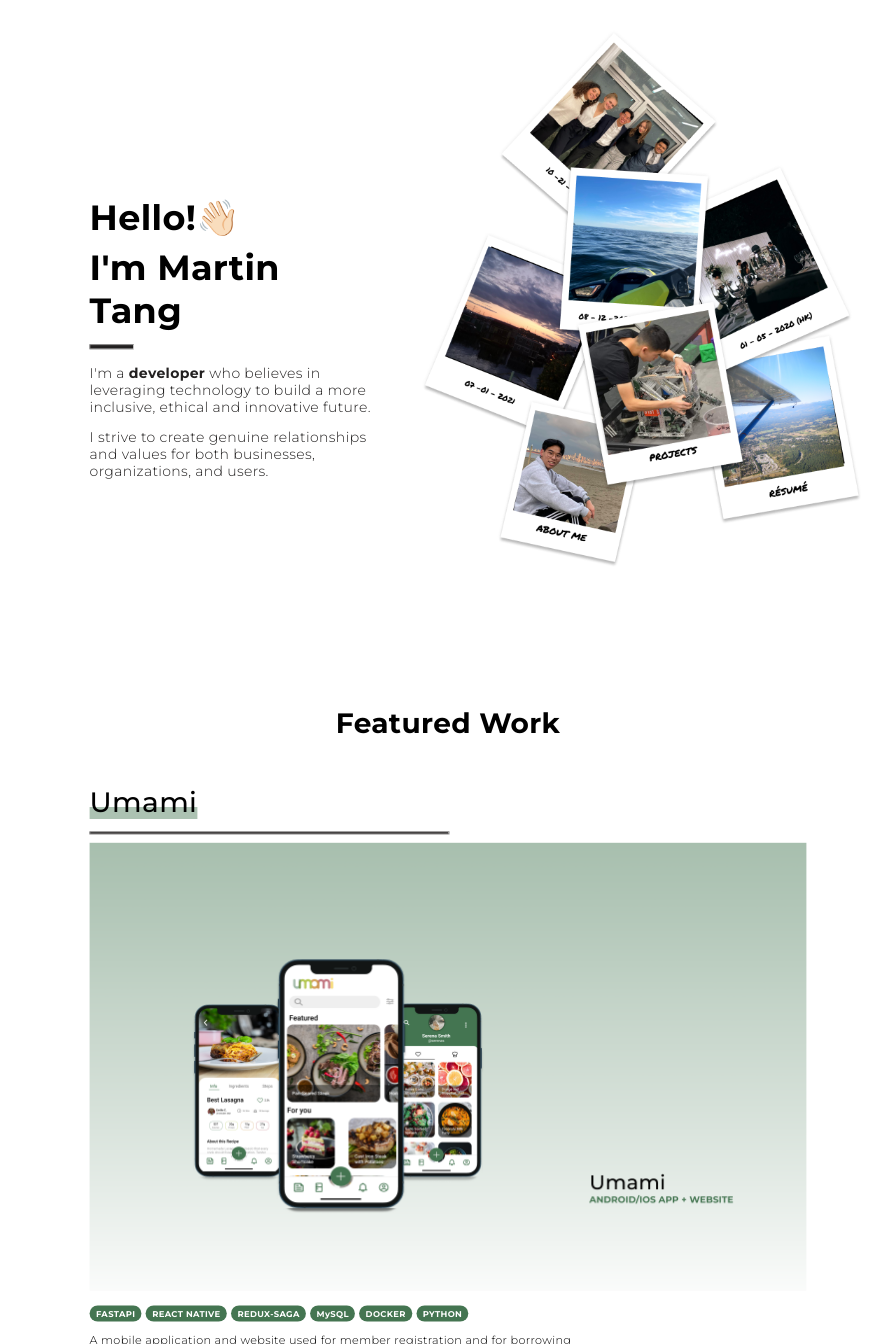
Repository: TangMartin/martintang
Page: index.html
These files come from the project's save history. The page is drawn as it stood at one moment and after the next save; the edit follows.
The browser window is 1280 px wide. The pictures show the part of the page from y = 0 to 1920 px (the page is 2933 px tall), at 70% of full size.

Above is the page before, as saved 2021-11-24 21:48:44.

### index.html
<!DOCTYPE html>

<html>
    <head>
        <link href="./styles/style.css" rel="stylesheet">
        <link rel="preconnect" href="https://fonts.googleapis.com">
        <link rel="preconnect" href="https://fonts.gstatic.com" crossorigin>
        <link href="https://fonts.googleapis.com/css2?family=Montserrat:wght@300;500;700&display=swap" rel="stylesheet">
        <title> Martin Tang</title>
    </head>

    <body>
        <!-- Nav Bar-->
        <!-- Main Page-->
        <div class="flex-main">
            <!-- Left Box-->
            <div class="flex-left">
                <h1>Hello! <span class="wave">👋🏻</span> </h1>
                <h1>I'm Martin Tang</h1>
                <hr style="height:5px; width:15%; margin-left:0; background-color:#222020; display: inline-block">
                <h3>I'm a <strong>developer</strong> who believes in leveraging technology to build a more inclusive, ethical and innovative future. </h3>
                <h3>I strive to create genuine relationships and values for both businesses, organizations, and users.</h3>
            </div>
            <!-- Right Box-->
            <div class="flex-right">
                <div class="image-stack">
                    <a style="grid-column: 8; grid-row: 10; cursor: pointer; --turn-radius: 12deg; cursor: pointer;" href="./Martin_Tang_Resume.pdf" target="_blank" download>
                        <img src="./assets/polaroids/Resume.png"/>
                    </a>
                    <img style="grid-column: 3; grid-row: 1; --turn-radius: -12deg;" src="./assets/polaroids/Apsc100.png" />
                    <img style="grid-column: 1; grid-row: 7; --turn-radius: -12deg;" src="./assets/polaroids/Sunset.png" />
                    <img style="grid-column: 7; grid-row: 5; --turn-radius: 15deg;" src="./assets/polaroids/Hongkongpng.png" />
                    <a style="grid-column: 3; grid-row: 12; --turn-radius: -12deg; cursor: pointer;" href="./pages/aboutme.html">
                        <img src="./assets/polaroids/Aboutme.png" />
                    </a>
                    <img style="grid-column: 4; grid-row: 5; --turn-radius: -4deg;"src="./assets/polaroids/Jetski.png" />
                    <a style="grid-column: 5; grid-row: 9; --turn-radius: 10deg; cursor: pointer;" href="#featuredwork">
                        <img src="./assets/polaroids/Projects.png"/>
                    </a>
                </div>
            </div>
        </div>
        <div class="featured_work" id="featuredwork">
            <!-- Featured Work -->
            <h1 style="text-align: center; padding-top: 5rem;"> Featured Work </h1>
            <ul class="work_list">

                <!-- Umami -->
                <li class="work_item">
                    <h1><span class="highlight" style="--highlighter-color: #ACC2B2;">Umami</span></h1>
                    <hr style="height:2.5px; width:50%; margin-left:0; background-color:#222020; display: inline-block; margin">
                    <img class="work_image" src="./assets/images/Umami.png" />
                    <div class="technologies">
                        <p>FASTAPI</p>
                        <p>REACT NATIVE</p>
                        <p>REDUX-SAGA</p>
                        <p>MySQL</p>
                        <p>DOCKER</p>
                        <p>PYTHON</p>
                    </div>
                    <p class="work_description">
                        A mobile application and website used for member registration and for borrowing and returning tumblers at coffee shops.  Website includes dashboards which allows coffee owners and operation team to keep track
                    </p>
                    <h3> LEARN MORE → </h3>
                </li>

                <!-- Personal Website -->
                <li class="work_item">
                    <h1><span class="highlight" style="--highlighter-color: #ACC2B2">Personal Website</span></h1>
                    <hr style="height:2.5px; width:50%; margin-left:0; background-color:#222020; display: inline-block">
                    <img class="work_image" src="./assets/images/Umami.png" />
                    <div class="technologies">
                        <p>FAST API</p>
                        <p>REACT NATIVE</p>
                        <p>REDUX-SAGA</p>
                        <p>SQL</p>
                        <p>DOCKER</p>
                    </div>
                    <p class="work_description">
                        A mobile application and website used for member registration and for borrowing and returning tumblers at coffee shops.  Website includes dashboards which allows coffee owners and operation team to keep track
                    </p>
                </li>

            </ul>
        </div>
    </body>
</html>

### styles/style.css
:root {
    --highlighter-color: #EEDF5B;
    --umami-color: #447551;
    --turn-radius: 6deg;
}

html{
    scroll-behavior: smooth;
}
body {
    max-width: 70rem;
    margin-right: auto;
    margin-left: auto;
    width: 80vw;
    padding-top: 2rem;
}

body,
h1,
h2,
h3,
h4,
h5 {
  font-family: 'Montserrat', sans-serif;
  letter-spacing: 0.5px;
}

h3 {
    margin-top: 10px;
    color: #222020;
    font-size: 20px;
    font-weight: 300;
}

/* MAIN PAGE */
.flex-main {
    display: flex;
    flex-direction: row;
}
.flex-main h1 {
    display: flex;
    flex-direction: row;
    font-size: 50px;
    margin: 5px 0px 10px 0px;
}

.flex-left {
    width: 40%;
    padding-top: 23%;
    padding-bottom: 2%;
}
.flex-right {
    width: 60%;
}
.image-stack{
    display: grid;
    grid-template-columns: repeat(12, 55px);
    grid-template-rows: repeat(19, 48px);
    padding-left: 10%;

}
.image-stack img {
    transition: all 0.3s ease-in-out 0s;
}
.image-stack img:hover {
    transform: rotate(var(--turn-radius));
    transition: all 0.3s ease-in-out 0s;
}

.wave {
    animation-name: wave-animation;  /* Refers to the name of your @keyframes element below */
    animation-duration: 2.5s;        /* Change to speed up or slow down */
    animation-iteration-count: infinite;  /* Never stop waving :) */
    transform-origin: 70% 70%;       /* Pivot around the bottom-left palm */
    display: inline-block;
  }

  @keyframes wave-animation {
      0% { transform: rotate( 0.0deg) }
     10% { transform: rotate(14.0deg) }  /* The following five values can be played with to make the waving more or less extreme */
     20% { transform: rotate(-8.0deg) }
     30% { transform: rotate(14.0deg) }
     40% { transform: rotate(-4.0deg) }
     50% { transform: rotate(10.0deg) }
     60% { transform: rotate( 0.0deg) }  /* Reset for the last half to pause */
    100% { transform: rotate( 0.0deg) }
  }

/* FEATUERED WORK */
.featured_work {
    margin-top: -5%;
}
.featured_work h1 {
    font-size: 40px;
}
.work_list {
    list-style: none;
    padding-left: 0;
}
.work_item {
    margin-top: 4rem;
}
.work_item h1{
    margin-bottom: 1%;
}
.work_item h3{
    margin-top: 3%;
    font-weight: bold;
    font-size: 14px;
    color: var(--umami-color);
}
.work_image {
    max-width: 100%;
}
.work_description {
    margin-top: 5px;
    font-weight: 350;
    width: 70%;
}
.highlight {
    background: linear-gradient(180deg, #FFFFFF 65%, var(--highlighter-color) 65%);
    font-weight: 400;
}
.technologies {
    margin-top: 5px;
    display: flex;
    flex-direction:row;
}
.technologies p {
    font-size: 12px;
    margin-right: 6px;
    color: #FFFFFF;
    font-weight: 600;
    border-radius:20px;
    padding: 4px 9px 4px 9px;
    background: var(--umami-color);
}

After the next save:
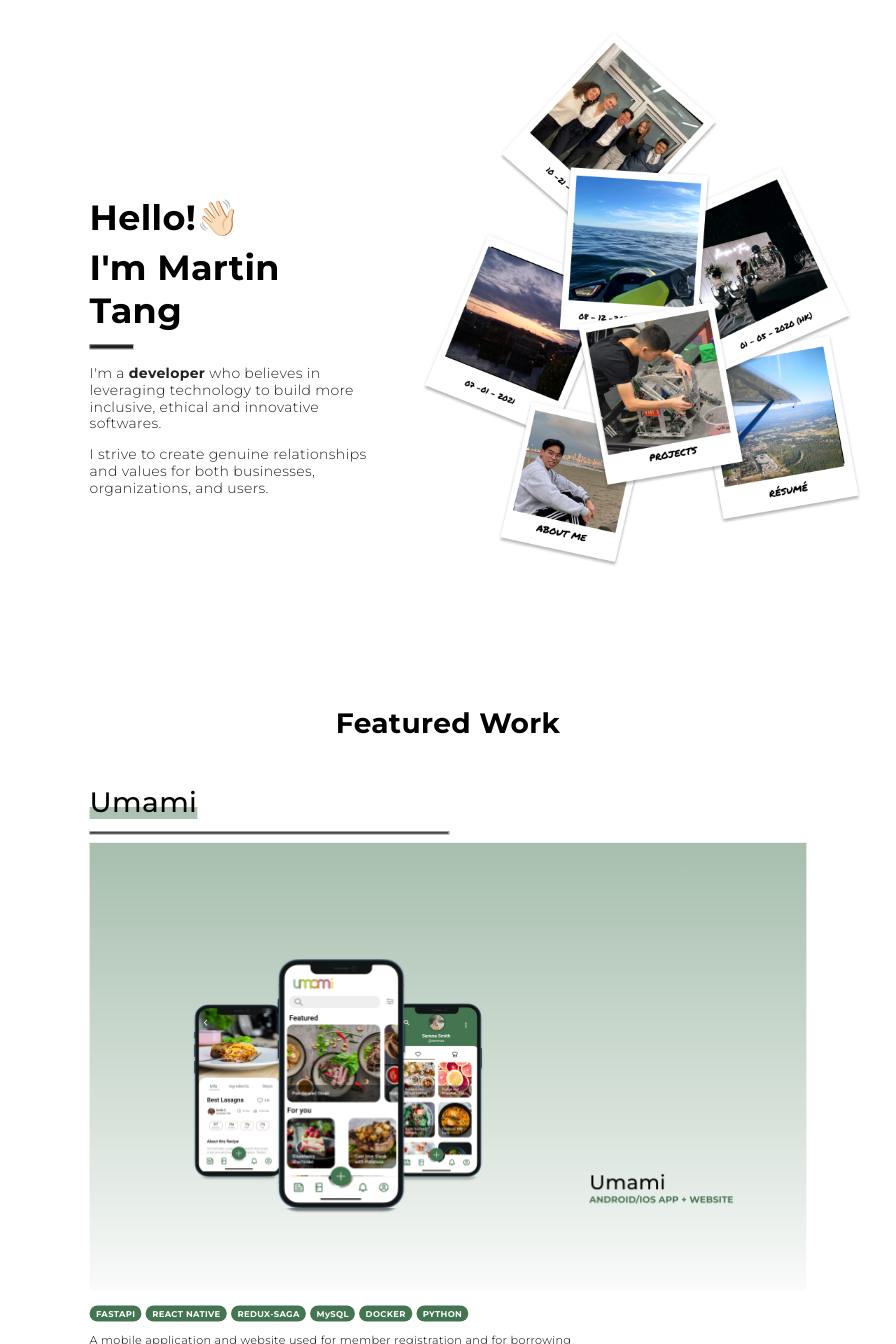
Saved 100 s later.
--- a/index.html
+++ b/index.html
@@ -18,7 +18,7 @@
                 <h1>Hello! <span class="wave">👋🏻</span> </h1>
                 <h1>I'm Martin Tang</h1>
                 <hr style="height:5px; width:15%; margin-left:0; background-color:#222020; display: inline-block">
-                <h3>I'm a <strong>developer</strong> who believes in leveraging technology to build a more inclusive, ethical and innovative future. </h3>
+                <h3>I'm a <strong>developer</strong> who believes in leveraging technology to build more inclusive, ethical and innovative softwares. </h3>
                 <h3>I strive to create genuine relationships and values for both businesses, organizations, and users.</h3>
             </div>
             <!-- Right Box-->
